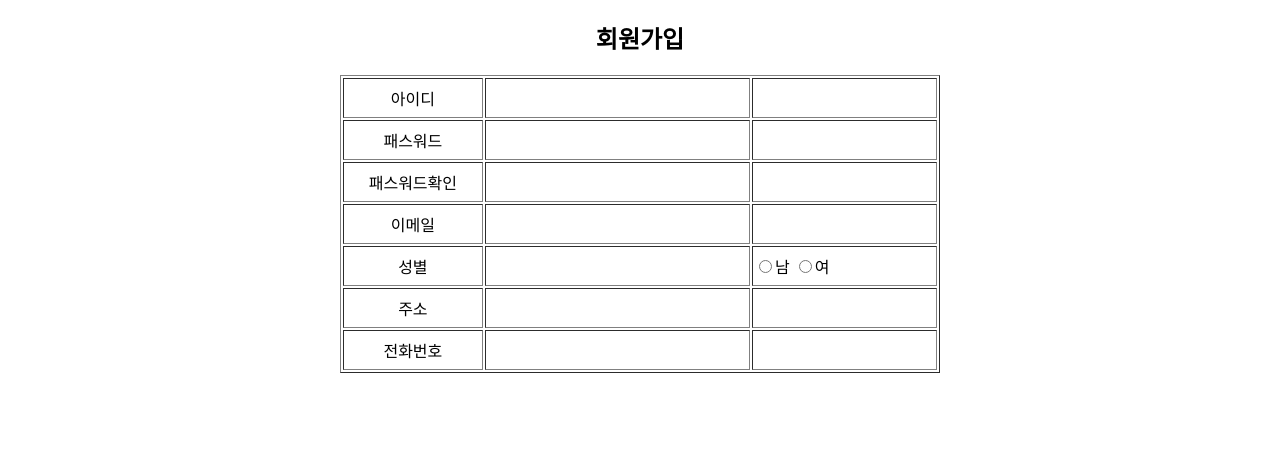
Repository: topblame/Bootcamp
Page: http://localhost/JSP_250408/chapter01/02_member.jsp
The author's editor kept a copy of each file at every save. The page is drawn from the files as they stood at one save, then again after the next save.
The browser window is 1280 px wide. The pictures show the whole page.
The page is served by Tomcat 9. Other server files are loaded and not shown.

Above is the page before, as saved 2025-06-24 03:52:01.

### WebMvc/JSP_250408/src/main/webapp/chapter01/02_member.jsp
<%@ page language="java" contentType="text/html; charset=UTF-8"
	pageEncoding="UTF-8"%>
<!DOCTYPE html PUBLIC "-//W3C//DTD HTML 4.01 Transitional//EN" "http://www.w3.org/TR/html4/loose.dtd">

<html>
<head>
<meta charset="UTF-8">
<title>Insert title here</title>
</head>
<body>
	<center>
		<h2>회원가입</h2>
		<form action="MemberJoinProc.jsp">
			<table width="600" border="1">
				<tr height="40">
					<td width="200" align="center">아이디</td>
					<td width = "400" align = "left"></td>
					<td>
						<input type="text" name="id" style="border: none; outline: none;">
					</td>
				</tr>

				<tr height="40">
					<td width="200" align="center">패스워드</td>
					<td width = "400" align = "left"></td>
					<td>
						<input type="password" name="pass1" style="border: none; outline: none;">
					</td>
				</tr>

				<tr height="40">
					<td width="200" align="center">패스워드확인</td>
					<td width = "400" align = "left"></td>
					<td>
						<input type="password" name="pass2" style="border: none; outline: none;">
					</td>
				</tr>

				<tr height="40">
					<td width="200" align="center">이메일</td>
					<td width = "400" align = "left"></td>
					<td>
						<input type="email" name="email" style="border: none; outline: none;">
					</td>
				</tr>

				<tr height="40">
					<td width="200" align="center">성별</td>
					<td width = "400" align = "left"></td>
					<td>
						<input type="radio" name= "gender" value = "남">남
						<input type="radio" name= "gender" value = "여">여
					</td>
				</tr>

				<tr height="40">
					<td width="200" align="center">주소</td>
					<td width = "400" align = "left"></td>
					<td>
						<input type="text" name= "address" style="border: none; outline: none;">

					</td>
				</tr>

				<tr height="40">
					<td width="200" align="center">전화번호</td>
					<td width = "400" align = "left"></td>
					<td>
						<input type="phone" name= "phone" style="border: none; outline: none;">

					</td>
				</tr>

			</table>
		</form>
	</center>
</body>
</html>

After the next save:
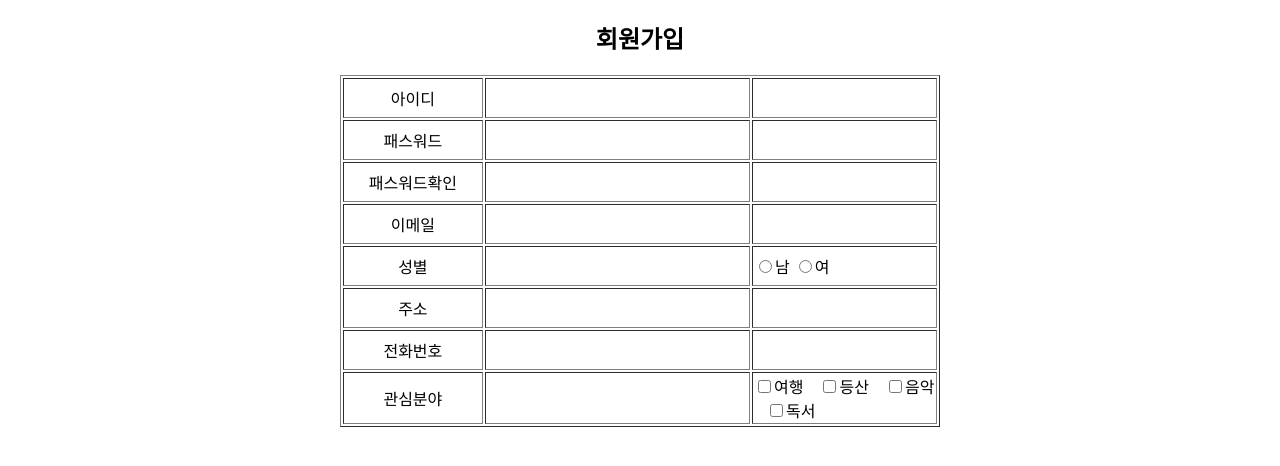
Saved 73 s later.
--- a/WebMvc/JSP_250408/src/main/webapp/chapter01/02_member.jsp
+++ b/WebMvc/JSP_250408/src/main/webapp/chapter01/02_member.jsp
@@ -71,6 +71,18 @@
 					</td>
 				</tr>
 
+				<tr height="40">
+					<td width="200" align="center">관심분야</td>
+					<td width = "400" align = "left"></td>
+					<td>
+						<input type="checkbox" name= "hobby" value = "여행">여행 &nbsp;&nbsp;
+						<input type="checkbox" name= "hobby" value = "등산">등산 &nbsp;&nbsp;
+						<input type="checkbox" name= "hobby" value = "음악">음악 &nbsp;&nbsp;
+						<input type="checkbox" name= "hobby" value = "독서">독서 &nbsp;&nbsp;
+
+					</td>
+				</tr>
+
 			</table>
 		</form>
 	</center>
